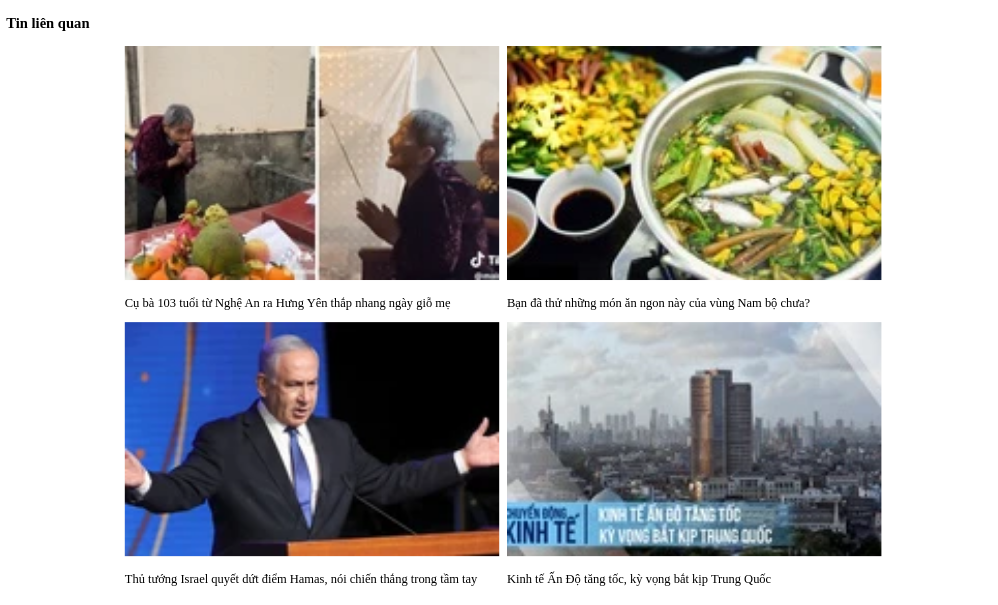
Repository: Tan-Khang21/TH_TKW--Buoi_07
Page: Bai_Tap_Ve_Nha/TinLienQuan.html
An editor plug-in stored every save of this project. The page is shown before and after the next save, followed by the edit.
The browser window is 1280 px wide. The pictures show the whole page, at 78% of full size.

Above is the page before, as saved 2024-03-12 17:24:50.

### Bai_Tap_Ve_Nha/TinLienQuan.html
<!DOCTYPE html>
<html lang="en">
  <head>
    <meta charset="UTF-8" />
    <meta name="viewport" content="width=device-width, initial-scale=1.0" />
    <title>Document</title>
  </head>
  <body>
    <div class="container">
      <h3>Tin liên quan</h3>
      <div
        style="
          display: flex;
          width: 1200px;
          flex-wrap: wrap;
          justify-content: center;
          margin-left: -10px;
          margin: 0 auto;
        "
      >
        <div class="box" style="width: 40%; margin-left: 10px">
          <img
            src="images/hinh3.webp"
            alt=""
            style="width: 100%; object-fit: cover"
          />
          <p>Cụ bà 103 tuổi từ Nghệ An ra Hưng Yên thắp nhang ngày giỗ mẹ</p>
        </div>
        <div style="width: 40%; margin-left: 10px">
          <img
            src="images/hinh4.webp"
            alt=""
            style="width: 100%; object-fit: cover"
          />
          <p>Bạn đã thử những món ăn ngon này của vùng Nam bộ chưa?</p>
        </div>
        <div style="width: 40%; margin-left: 10px">
          <img
            src="images/hinh5.webp"
            alt=""
            style="width: 100%; object-fit: cover"
          />
          <p>
            Thủ tướng Israel quyết dứt điểm Hamas, nói chiến thắng trong tầm tay
          </p>
        </div>
        <div style="width: 40%; margin-left: 10px">
          <img
            src="images/hinh6.webp"
            alt=""
            style="width: 100%; object-fit: cover"
          />
          <p>Kinh tế Ấn Độ tăng tốc, kỳ vọng bắt kịp Trung Quốc</p>
        </div>
      </div>
    </div>
  </body>
</html>

After the next save:
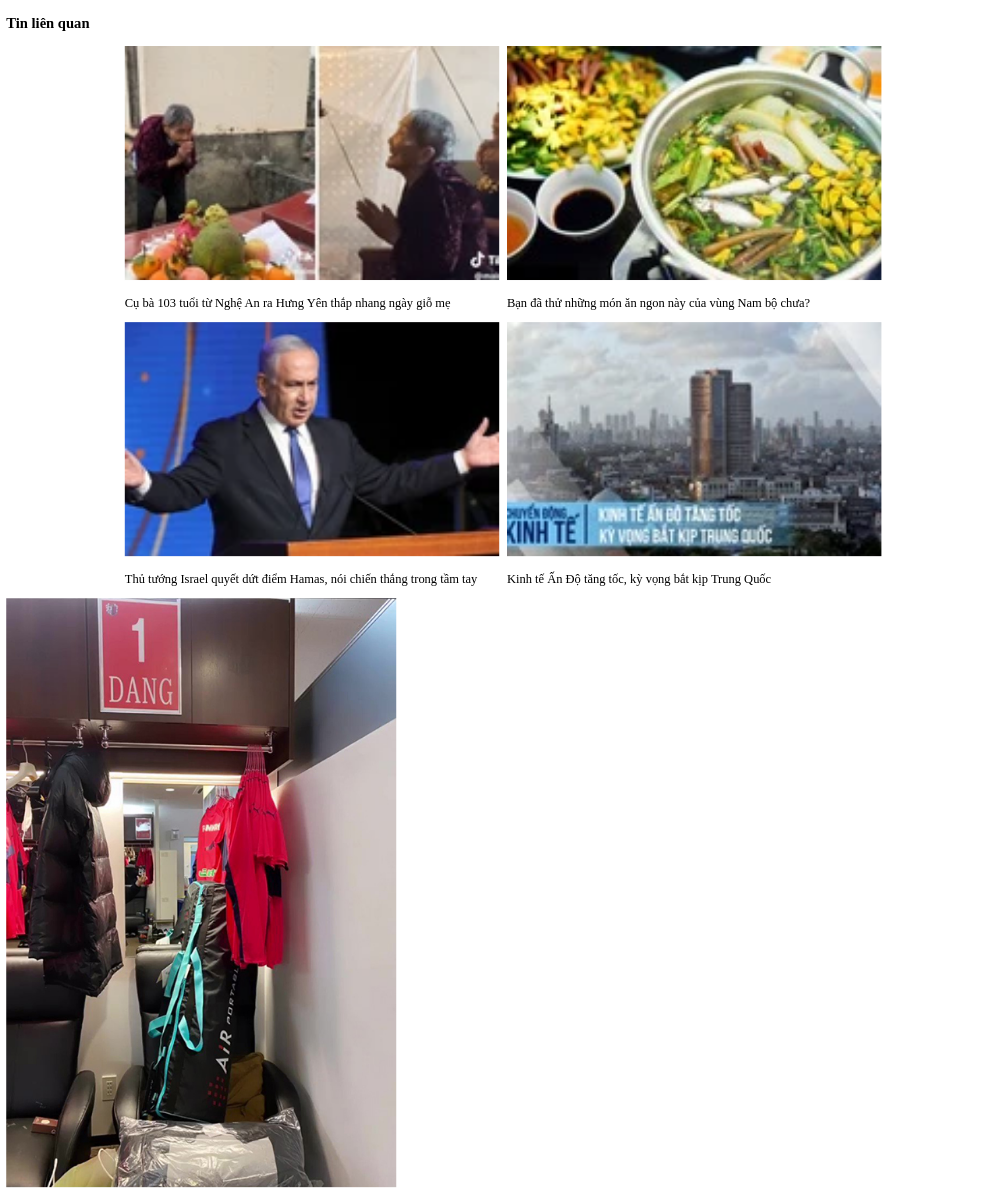
Saved 16 s later.
--- a/Bai_Tap_Ve_Nha/TinLienQuan.html
+++ b/Bai_Tap_Ve_Nha/TinLienQuan.html
@@ -54,5 +54,6 @@
         </div>
       </div>
     </div>
+    <img src="images/hinh1.jpg" alt="" />
   </body>
 </html>
